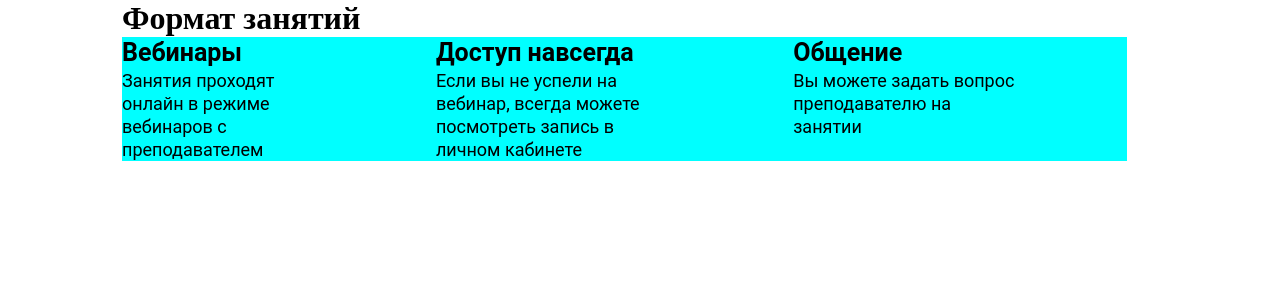
Repository: mirali879/previous-proj
Page: index.html
An editor plug-in stored every save of this project. The page is shown before and after the next save, followed by the edit.
The browser window is 1280 px wide. The pictures show the whole page.

Above is the page before, as saved 2023-05-06 19:07:32.

### index.html
<!DOCTYPE html>
<html lang="en">
  <head>
    <meta charset="UTF-8" />
    <meta http-equiv="X-UA-Compatible" content="IE=edge" />
    <meta name="viewport" content="width=device-width, initial-scale=1.0" />
    <link rel="stylesheet" href="/style.css" />
    <title>Document</title>
  </head>
  <body>
    <div class="page-1">
      <h1>Формат занятий</h1>

      <div class="row">
        <div class="col col-1">
          <h3>Вебинары</h3>
          <span
            >Занятия проходят онлайн в режиме вебинаров с преподавателем</span
          >
        </div>
        <div class="col col-2">
          <h3>Доступ навсегда</h3>
          <span
            >Если вы не успели на вебинар, всегда можете посмотреть запись в
            личном кабинете</span
          >
        </div>
        <div class="col col-3">
          <h3>Общение</h3>
          <span>Вы можете задать вопрос преподавателю на занятии</span>
        </div>
      </div>
    </div>

    <!-- <div class="container">
      <h1>Что узнаем?</h1>

      <div class="row">
        <ul class="list">
          <li>Кто чем занят в съёмочной группе;</li>
          <li>На какие этапы делится кинопроизводство;</li>
          <li>
            Как выглядит сценарий фильма и как он меняется по ходу съёмок;
          </li>
          <li>
            Какими методами режиссёры заставляют нас смеяться, плакать и
            грустить;
          </li>
          <li>
            Как построение кадра, музыка и свет помогают считывать заложенные в
            фильм смыслы;
          </li>
          <li>
            Какие жанры есть в кино и как от них зависит работа операторов,
            осветителей и монтажёров;
          </li>
          <li>Как, зная всё это, понимать, о чем фильм.</li>
        </ul>
      </div>
    </div> -->

    <!-- <div class="container2">
        <h1>Программа курса</h1>
        <div class="box-row">
            <div class="box">
                <img src="/images/pic-1.png" alt="">
                <h3>1. Как создают кино</h3>
                <div class="div">
                    8 сентября 20:00 Данила Кузнецов
                </div>
            </div>

            <div class="box">
                <img src="/images/pic-1.png" alt="">
                <h3>1. Как создают кино</h3>
                <div class="div">
                    8 сентября 20:00 Данила Кузнецов
                </div>
            </div>

            <div class="box">
                <img src="/images/pic-1.png" alt="">
                <h3>1. Как создают кино</h3>
                <div class="div">
                    8 сентября 20:00 Данила Кузнецов
                </div>
            </div>

            <div class="box">
                <img src="/images/pic-1.png" alt="">
                <h3>1. Как создают кино</h3>
                <div class="div">
                    8 сентября 20:00 Данила Кузнецов
                </div>
            </div>

            <div class="box">
                <img src="/images/pic-1.png" alt="">
                <h3>1. Как создают кино</h3>
                <div class="div">
                    8 сентября 20:00 Данила Кузнецов
                </div>
            </div>

            <div class="box">
                <img src="/images/pic-1.png" alt="">
                <h3>1. Как создают кино</h3>
                <div class="div">
                    8 сентября 20:00 Данила Кузнецов
                </div>
            </div>

            <div class="box">
                <img src="/images/pic-1.png" alt="">
                <h3>1. Как создают кино</h3>
                <div class="div">
                    8 сентября 20:00 Данила Кузнецов
                </div>
            </div>

            <div class="box">
                <img src="/images/pic-1.png" alt="">
                <h3>1. Как создают кино</h3>
                <div class="div">
                    8 сентября 20:00 Данила Кузнецов
                </div>
            </div>
        </div>
    </div> -->
  </body>
</html>

### style.css
* {
  margin: 0;
  padding: 0;
}

.page-1 {
  padding: 0 153px 0 122px;
}

.container h1 {
  font-family: Roboto Slab;
  font-size: 55px;
  font-weight: 700;
  text-align: left;
}

.row {
  background-color: aqua;
  display: flex;
}
.col {
  margin-right: 112px;
}
.col-1 {
  width: 223px;
}
.col-2 {
  width: 271px;
}
.col-3 {
  width: 245px;
}

.row .col h3 {
  font-family: Roboto;
  font-size: 25px;
  font-weight: 700;
  line-height: 32px;
  letter-spacing: 0em;
  text-align: left;
}

.col span {
  font-family: Roboto;
  font-size: 18px;
  font-weight: 400;
  line-height: 23px;
  letter-spacing: 0em;
  text-align: left;
}

.list{
    width: 666px;
}

.list li {
  font-family: Roboto;
  font-size: 24px;
  font-weight: 400;
  line-height: 36px;
  letter-spacing: 0em;
  text-align: left;
}


.container2{
    padding: 0 85px 0 85px;
}

.box-row{
    display: flex;
    background-color: aqua;
    width: 100%;
    flex-wrap: wrap;

}


.box-row .box{
    width: 399px;
}

After the next save:
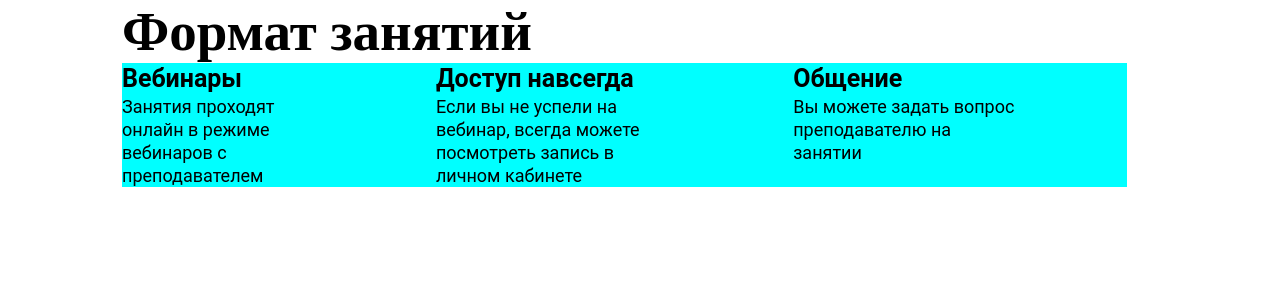
Saved 6 s later.
--- a/style.css
+++ b/style.css
@@ -7,7 +7,7 @@
   padding: 0 153px 0 122px;
 }
 
-.container h1 {
+.page-1 h1 {
   font-family: Roboto Slab;
   font-size: 55px;
   font-weight: 700;
